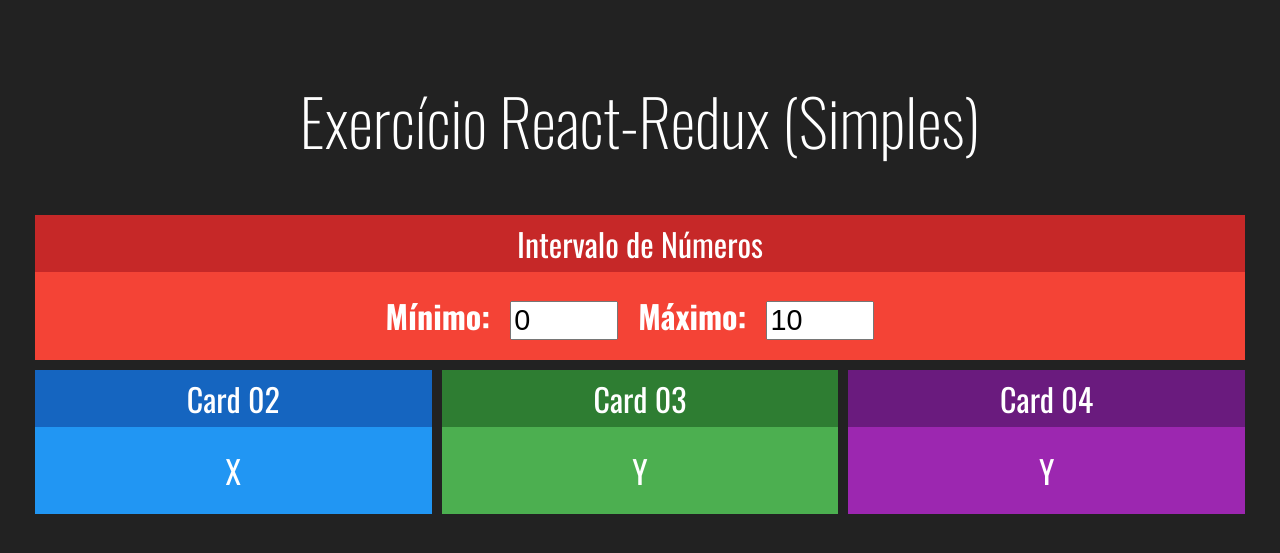
Repository: WellysonP/testando-react-redux
Page: /
The author's editor kept a copy of each file at every save. The page is drawn from the files as they stood at one save, then again after the next save.
The browser window is 1280 px wide. The pictures show the whole page.
The project was rebuilt for these pictures with package versions that can differ from the ones it lists, and the page was loaded fresh each time.

Above is the page before, as saved 2023-01-12 18:05:21.

After the next save:
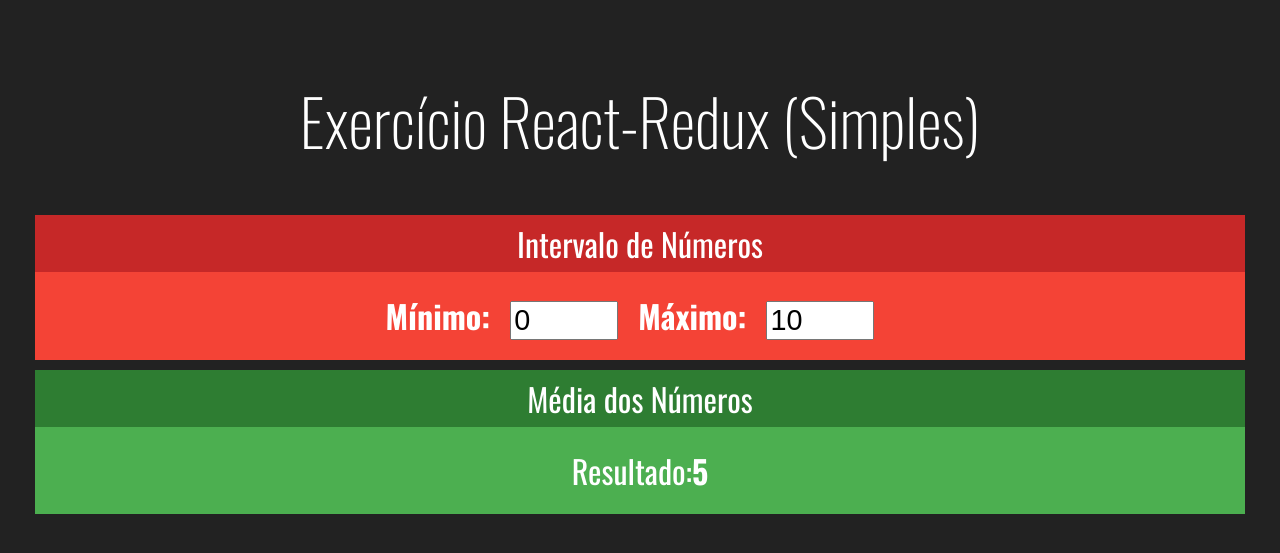
Saved 22 s later.
--- a/src/App.js
+++ b/src/App.js
@@ -1,6 +1,7 @@
 import './App.css';
 import Card from './components/Card';
 import Intervalo from './components/Intervalo';
+import Media from './components/Media';
 
 function App() {
   return (
@@ -10,9 +11,7 @@ function App() {
         <Intervalo></Intervalo>
       </div>
       <div className='linha'>
-      <Card title="Card 02" blue>X</Card>
-      <Card title="Card 03" green>Y</Card>
-      <Card title="Card 04" purple>Y</Card>
+        <Media></Media>
       </div>
     </div>
   );
